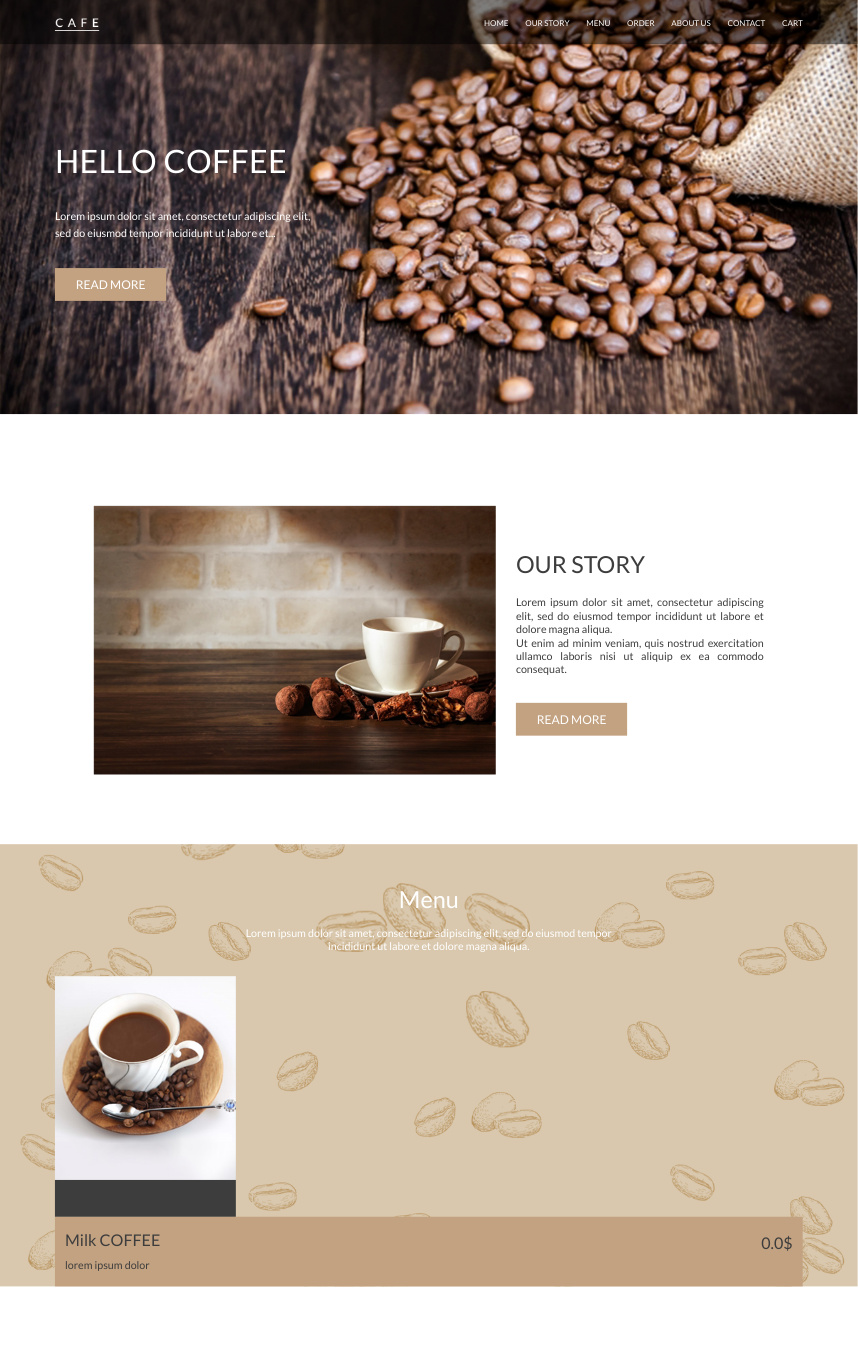
Repository: kuluong2000/coffe
Page: index.html
An editor plug-in stored every save of this project. The page is shown before and after the next save, followed by the edit.
The browser window is 1280 px wide. The pictures show the whole page, at 67% of full size.

Above is the page before, as saved 2021-10-04 21:42:49.

### index.html
<!DOCTYPE html>
<html lang="en">
  <head>
    <meta charset="UTF-8" />
    <meta http-equiv="X-UA-Compatible" content="IE=edge" />
    <meta name="viewport" content="width=device-width, initial-scale=1.0" />
    <link rel="stylesheet" href="./libs/css/bootstrap.min.css" />
    <link rel="stylesheet" href="./libs/css/animate.css" />
    <link rel="stylesheet" href="./libs/css/slick-theme.css" />
    <link rel="stylesheet" href="./libs/css/slick.css" />
    <link rel="stylesheet" href="./Assets/css/reset.css" />
    <link rel="stylesheet" href="./Assets/css/style.css" />
    <link rel="stylesheet" href="./Assets/css/responsive.css" />
    <title>Document</title>
  </head>
  <body>
    <header class="header">
      <div class="container">
        <div class="row">
          <div class="header-main">
            <div class="header-menu">
              <a href="#">
                <img src="./Assets/image/logo.png" alt="" srcset="" />
              </a>
            </div>
            <nav>
              <ul class="header-menu">
                <li class="header-menu-item"><a href="#" class="header-menu-link">Home</a></li>
                <li class="header-menu-item"><a href="#" class="header-menu-link">Our Story</a></li>
                <li class="header-menu-item"><a href="#" class="header-menu-link">Menu</a></li>
                <li class="header-menu-item"><a href="#" class="header-menu-link">Order</a></li>
                <li class="header-menu-item"><a href="#" class="header-menu-link">About Us</a></li>
                <li class="header-menu-item"><a href="#" class="header-menu-link">Contact</a></li>
                <li class="header-menu-item"><a href="#" class="header-menu-link">Cart</a></li>
              </ul>
            </nav>
          </div>
        </div>
      </div>
    </header>
    <main>
      <section class="banner">
        <div class="banner-img">
          <img src="./Assets/image/banner.jpg" alt="" srcset="" />
        </div>
        <div class="container">
          <div class="row">
            <div class="banner-main">
              <div class="banner-content">
                <h1 class="banner-heading">HELLO COFFEE</h1>
                <p class="banner-desc">Lorem ipsum dolor sit amet, consectetur adipiscing elit, sed do eiusmod tempor incididunt ut labore et...</p>
                <a href="#" class="btn"> Read More </a>
              </div>
            </div>
          </div>
        </div>
      </section>
      <section class="story">
        <div class="container">
          <div class="row">
            <div class="story-main">
              <div class="story-media">
                <div class="story-image">
                  <img src="./Assets/image/story.jpg" alt="" />
                </div>
              </div>
              <div class="story-info">
                <div class="story-title">Our Story</div>
                <p class="story-desc">
                  Lorem ipsum dolor sit amet, consectetur adipiscing elit, sed do eiusmod tempor incididunt ut labore et dolore magna aliqua.
                  <br />
                  Ut enim ad minim veniam, quis nostrud exercitation ullamco laboris nisi ut aliquip ex ea commodo consequat.
                </p>
                <a href="#" class="btn">Read More</a>
              </div>
            </div>
          </div>
        </div>
      </section>
      <section class="menu">
        <div class="container">
          <div class="row">
            <div class="menu-main">
              <div class="box">
                <h2 class="title menu-box-title">Menu</h2>
                <p class="desc menu-box-desc">Lorem ipsum dolor sit amet, consectetur adipiscing elit, sed do eiusmod tempor incididunt ut labore et dolore magna aliqua.</p>
              </div>
              <div class="menu-list">
                <div class="menu-item">
                  <div class="menu-item-image">
                    <img src="./Assets/image/menu_img1.jpg" alt="" />
                  </div>
                  <div class="menu-item-info">
                    <div class="menu-item-content">
                      <h2 class="menu-item-name">Milk COFFEE</h2>
                      <p class="menu-item-desc">lorem ipsum dolor</p>
                    </div>
                    <p class="menu-item-price">0.0$</p>
                  </div>
                </div>
              </div>
            </div>
          </div>
        </div>
      </section>
    </main>

    <script src="./libs/Js/jquery-3.5.1.slim.min.js"></script>
    <script src="./libs/Js/bootstrap.min.js"></script>
    <script src="./libs/Js/slick.min.js"></script>
    <script src="./libs/Js/wow.js"></script>
  </body>
</html>

### Assets/css/reset.css
html, body, div, span, applet, object, iframe,
h1, h2, h3, h4, h5, h6, p, blockquote, pre,
a, abbr, acronym, address, big, cite, code,
del, dfn, em, img, ins, kbd, q, s, samp,
small, strike, strong, sub, sup, tt, var,
b, u, i, center,
dl, dt, dd, ol, ul, li,
fieldset, form, label, legend,
table, caption, tbody, tfoot, thead, tr, th, td,
article, aside, canvas, details, embed,
figure, figcaption, footer, header, hgroup,
menu, nav, output, ruby, section, summary,
time, mark, audio, video {
	margin: 0;
	padding: 0;
	border: 0;
	font-size: 100%;
	vertical-align: baseline;
}
/* HTML5 display-role reset for older browsers */
article, aside, details, figcaption, figure,
footer, header, hgroup, menu, nav, section {
	display: block;
}
* {
	box-sizing: border-box;
}
body {
	line-height: 1;
  font-family: 'Muli', sans-serif;


  font-style: normal;
  font-weight: normal;
  font-size: 16px;
  line-height: 32px;
}
ol, ul {
	list-style: none;
}
blockquote, q {
	quotes: none;
}
blockquote:before, blockquote:after,
q:before, q:after {
	content: '';
	content: none;
}
table {
	border-collapse: collapse;
	border-spacing: 0;
}

img {
  max-width: 100%;
	vertical-align: bottom;
}
a {
	outline: none;
}

### Assets/css/style.css
@import url('https://fonts.googleapis.com/css2?family=Lato:ital,wght@0,400;0,700;0,900;1,300;1,400;1,700;1,900&display=swap');
body{
    font-family: 'Lato', sans-serif;
    font-size: 16px;
    line-height: 1.6;
    color: #3d3d3d;
    font-weight: 400;
}
.header{
    position: absolute;
    width: 100%;
    background-color: rgba(0,0,0 , 0.5);
    padding: 20px 0 20px;
    z-index: 99;
}
.header-main{
    display:flex;
    justify-content: space-between;
    align-items: center;
}
.header-menu{
    display:flex;
    justify-content: space-between;
    align-items: center;
}
.header-menu-item{
    list-style-type: none;
}
.header-menu-item:not(:first-child){
    margin-left: 25px;
}
.header-menu-link{
    position: relative;
    color: white;
    text-transform: uppercase;
    text-decoration: none;
    font-size: 12px;
    padding-bottom: 7px;

}
.header-menu-link::before{
    content: '';
    position: absolute;
    bottom: 0;
    left:  0;
    height: 2px;
    width: 100%;
    background-color: #c3a281;
    transform: scale(0);
    transition: 0.5s;
    transform-origin: right;
}
.header-menu-link:hover,
.header-menu-link:hover::before{
    color: #c3a281;
    transform: scale(1);
}
.banner{
    position: relative;
    min-height: 660px;
}
.banner-img{
    position: relative;
    z-index: -1;
    object-fit: cover;
    width: 100%;
}
.banner-img img{
    width: 100%;
}

.banner-main{
    position: absolute;
    left: auto;
    top: 50%;
    transform: translateY(-50%);
    color: white;
    width: max-content;

}

.banner-heading{
    font-weight: 400;
    font-size: 48px;
    letter-spacing: 0.5px;
    margin-bottom: 40px;
}
.banner-desc{
    width: 390px;
    margin-bottom: 40px;
}
.btn{
    font-size: 18px;
    color: white;
    font-weight: 400;
    padding: 10px 30px;
    background-color: #c3a281;
    border-radius: 0%;
    text-transform: uppercase;
}
.btn:hover{
    color: white;
}
.story{
    padding-top: 95px;
    min-height: 600px;
}
.story-main{
    display:flex;
    padding: 0 70px;
    align-items: center;
}
.story-media{
    position: relative;
}
.story-icon-play{
    position: absolute;
    top: 50%;
    left: 50%;
    transform:translate(-50%,-50%);
}
.story-image{
    min-width: 600px;
    height: 100%;
    object-fit: cover;
}
.story-image img{
    width: 100%;
    height: 100%;
}
.story-info{
    margin-left: 30px;
}
.story-title{
    font-size: 35px;
    margin-bottom: 20px;
    text-transform: uppercase;
}
.story-desc{
    text-align: justify;
    margin-bottom: 40px;
    line-height: 20px;
}
.menu{
    margin-bottom: 100px;
    background: url(/Assets/image/menu_bg.png) no-repeat center / cover;
}
.box{
    padding-top: 60px;
    margin: 0 auto;
    width: 100%;
    max-width: 570px;
    text-align: center  ;
}
.title{
    font-size: 35px;
    margin-bottom: 20px;
    color: white;
}
.desc{
    line-height: 20px;
    color: white;
    margin-bottom: 35px;
}
.menu-item{
    position: relative;
}
.menu-item-info{
    display: flex;
    justify-content: space-between;
    background-color: #c3a281;
    padding: 20px 15px;
}
.menu-item-name{
    font-size: 24px;
    margin-bottom: 10px;
}
.menu-item-price{
    font-size: 24px;
}

### Assets/css/responsive.css
@media (min-width:1400px){
    .container{
        max-width: 1170px;
    }
}

Loaded but not shown: libs/css/bootstrap.min.css (library); libs/css/animate.css (library); libs/css/slick-theme.css (library); libs/css/slick.css (common file); libs/Js/jquery-3.5.1.slim.min.js (library); libs/Js/bootstrap.min.js (library); libs/Js/slick.min.js (library); libs/Js/wow.js (library)

After the next save:
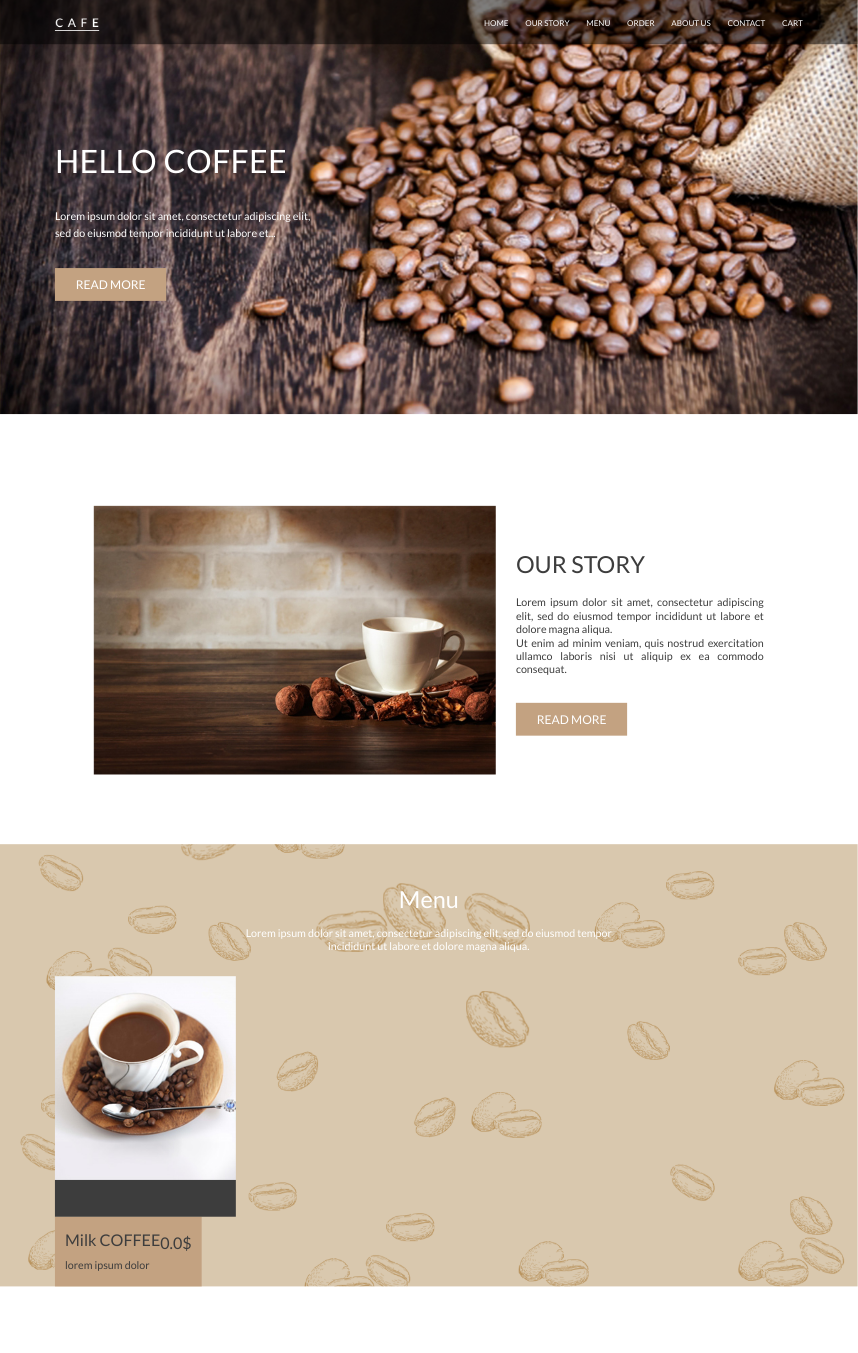
Saved 17 s later.
--- a/Assets/css/style.css
+++ b/Assets/css/style.css
@@ -170,6 +170,7 @@ body{
     justify-content: space-between;
     background-color: #c3a281;
     padding: 20px 15px;
+    width: max-content;
 }
 .menu-item-name{
     font-size: 24px;
